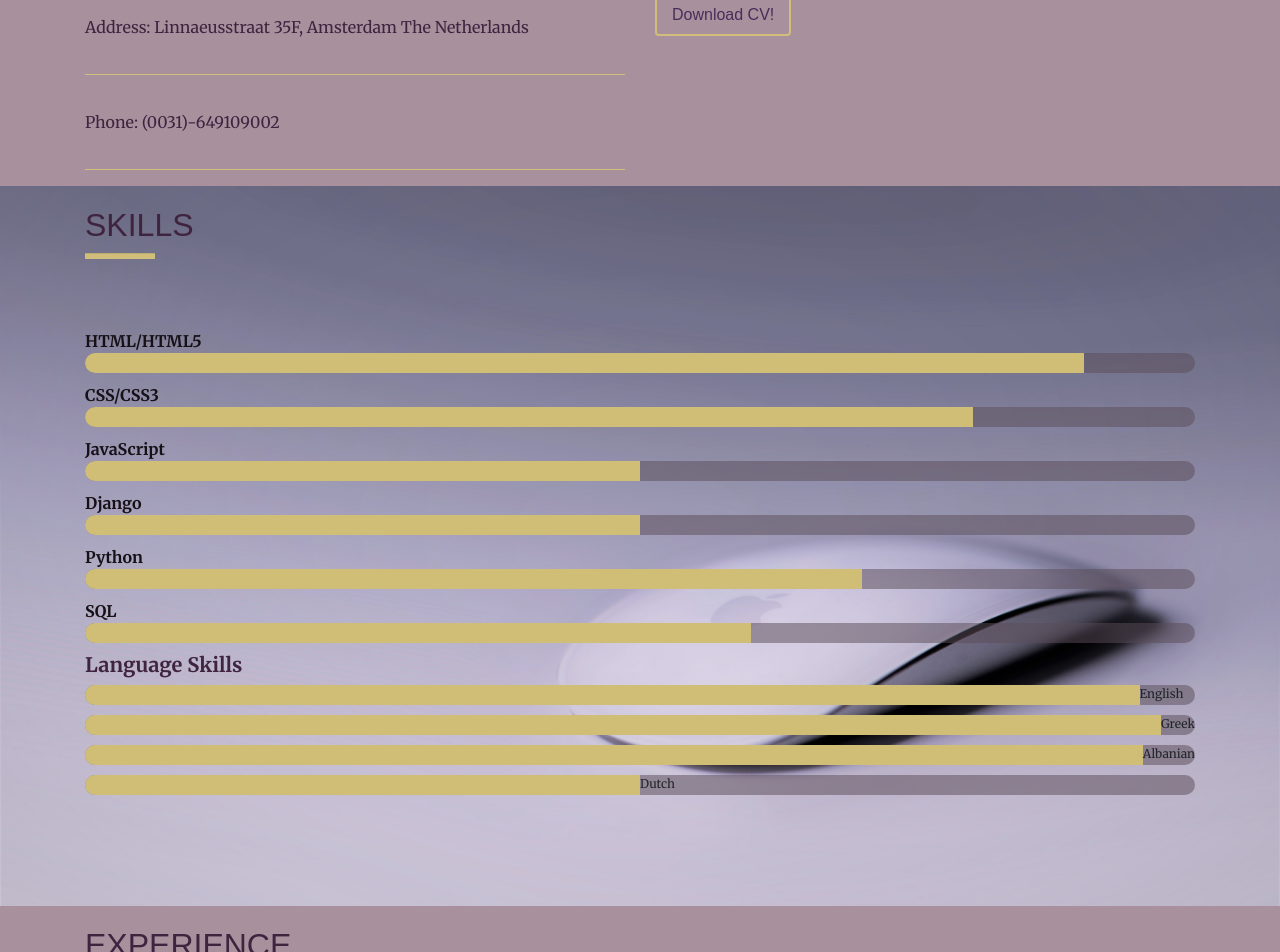
Repository: edshuli/Portfolio
Page: index.html
The author's editor kept a record of every edit. The page is drawn from the files as they stood at one moment, then again after the next edit.
The browser window is 1280 px wide. The pictures show the part of the page from y = 1022 to 1974 px (the page is 2177 px tall).
Backgrounds fixed to the window are drawn as part of the page. Some web fonts or font styles are not loaded; a fallback is used.

Above is the page before.

After the next edit:
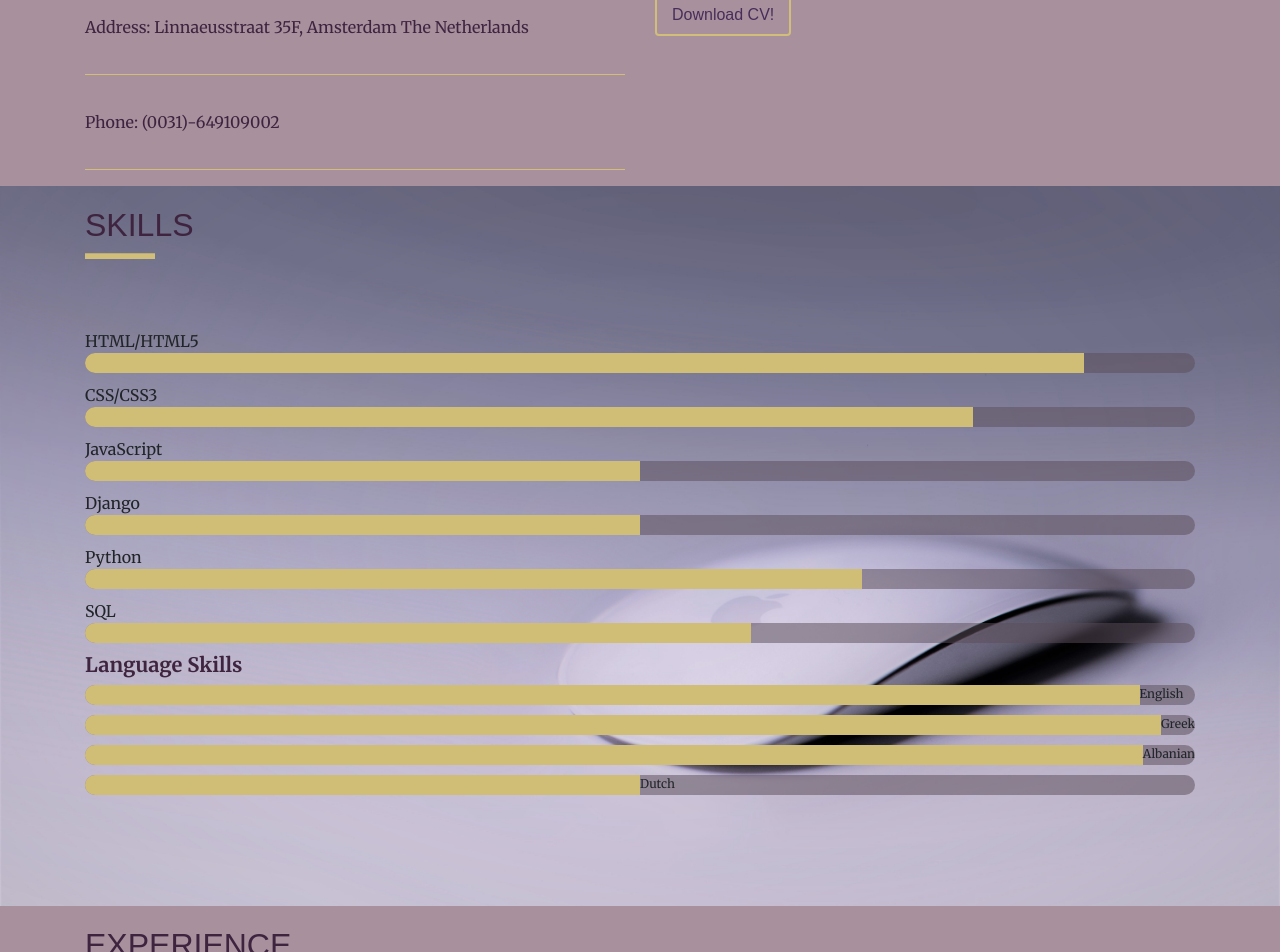
The edit:
--- a/assets/css/style.css
+++ b/assets/css/style.css
@@ -209,11 +209,6 @@
     background-color: #d1be76;
 }
 
-.skill-item-desc {
-    font-weight: bold;
-    color: #161117;
-   /* margin:0 0 0 90px;*/
-}
 
 
 

After the edit that followed:
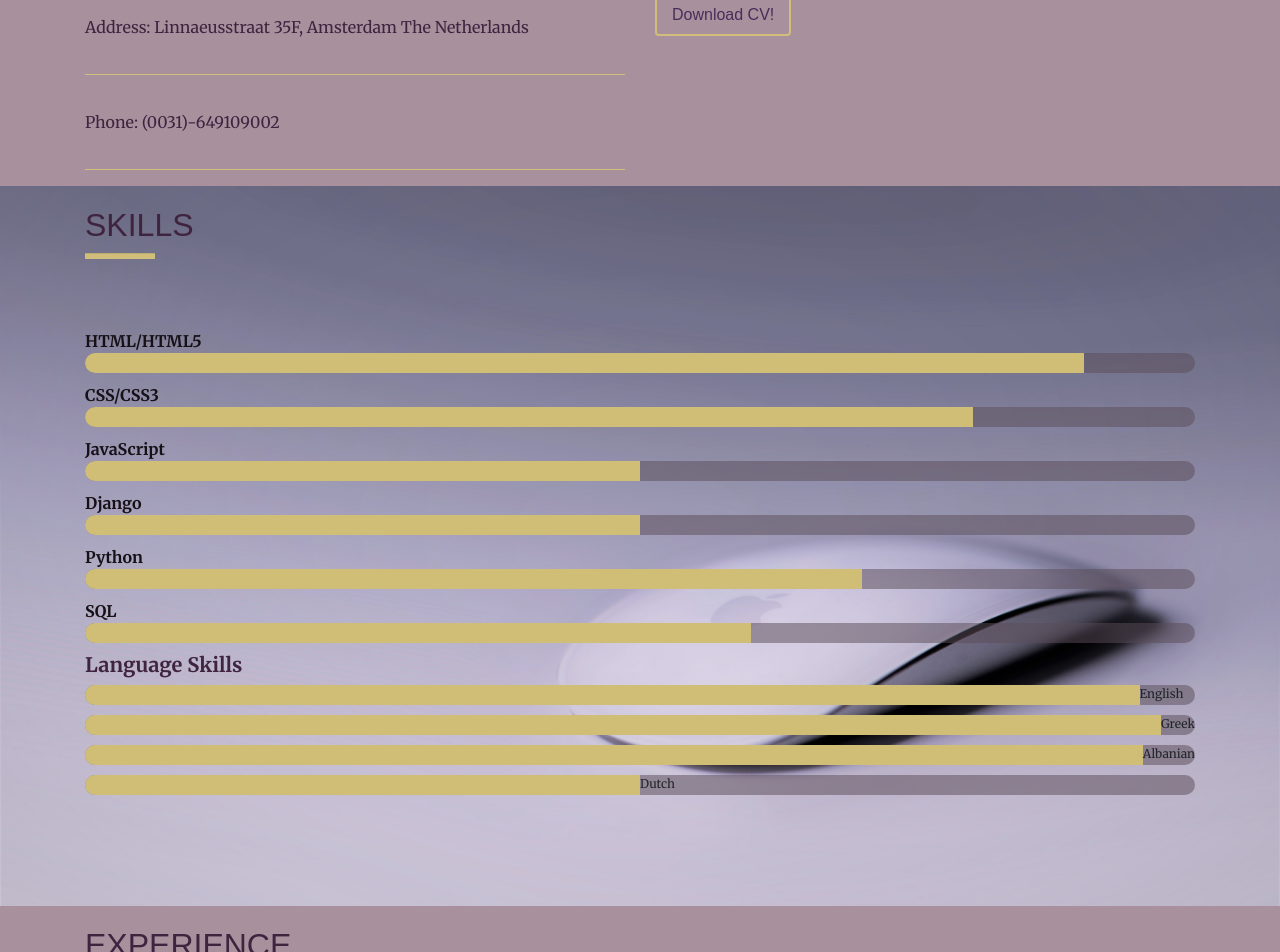
The edit:
--- a/assets/css/style.css
+++ b/assets/css/style.css
@@ -198,6 +198,12 @@
    /* background-color: rgba(225, 225, 225, 0.28);*/
 }
 
+.skill-item-desc {
+    font-weight: bold;
+    color: #161117;
+   /* margin:0 0 0 90px;*/
+}
+
 .progress {
     background-color:rgba(90, 77, 89, 0.51); /*rgba(90, 77, 89, 0.75);*/
     border-radius: 10px;
